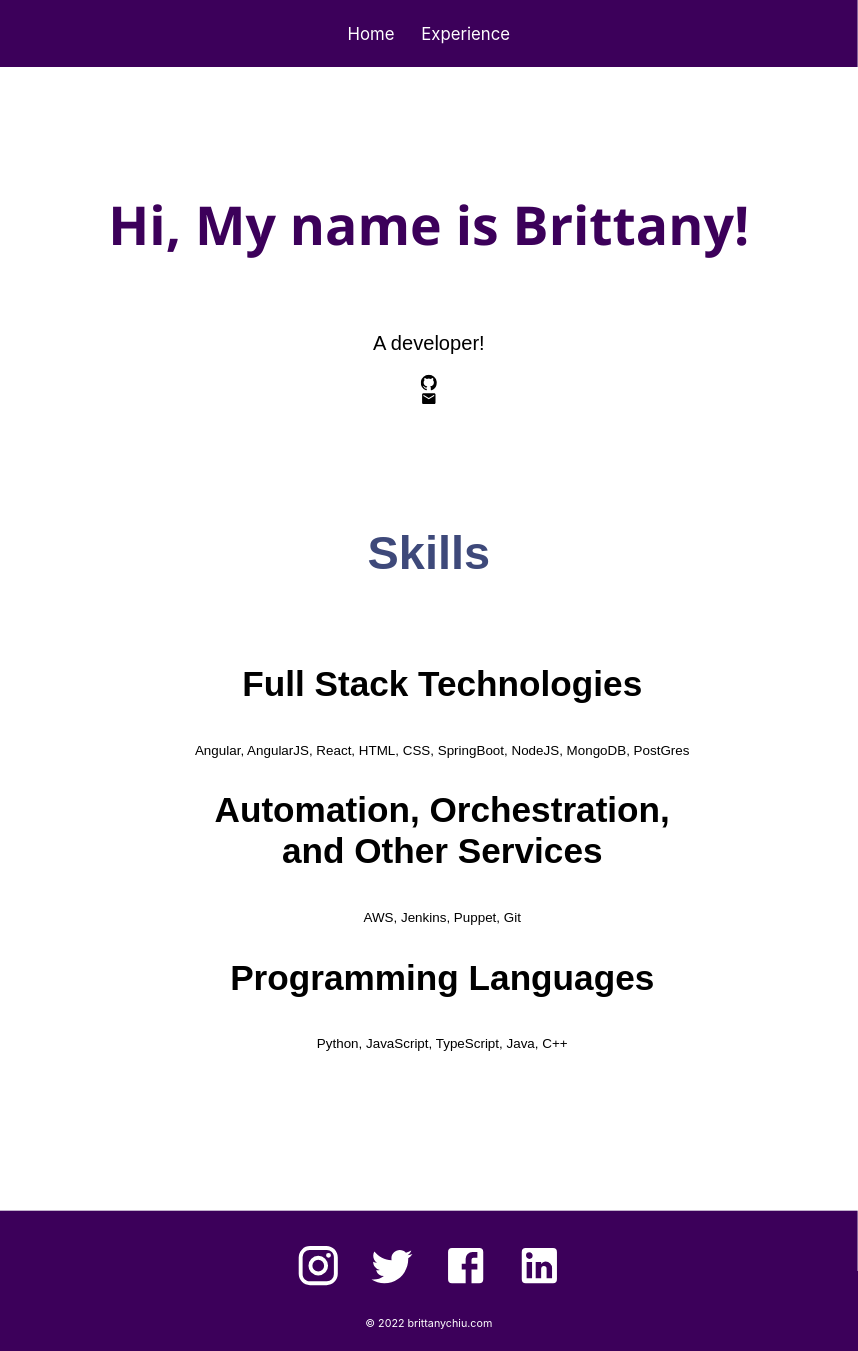
Repository: chiubacca94/chiufolio
Page: /
The author's editor kept a copy of each file at every save. The page is drawn from the files as they stood at one save, then again after the next save.
The browser window is 1280 px wide. The pictures show the whole page, at 67% of full size.
The project was rebuilt for these pictures with package versions that can differ from the ones it lists, and the page was loaded fresh each time. Also part of the build but not shown: src/components/Projects/Projects.js, src/components/Experiences/Experiences.js.

Above is the page before, as saved 2022-07-04 05:35:44.

### src/App.js
import './App.css';
import { BrowserRouter as Router, Routes, Route } from 'react-router-dom';
import Navbar from './components/NavBar/Navbar';
import Home from './components/Home/Home';
import Projects from './components/Projects/Projects';
import Experiences from './components/Experiences/Experiences';
import Footer from './components/Footer/Footer';

function App() {
  return (
    <div className="App">
      <Router>
        <Navbar />
        <Routes>
          <Route path="/" element={ <Home /> }></Route>
          <Route path="/projects" element={ <Projects /> }></Route>
          <Route path="/experiences" element={ <Experiences /> }></Route>
        </Routes>
        <Footer />
      </Router>
    </div>
  );
}

export default App;

### src/App.css
.App {
  text-align: center;
}

body {
  margin: 0px;
  padding: 0px;
}

### src/components/NavBar/Navbar.js
import React, {useEffect, useState} from "react";
import { Link, useLocation } from "react-router-dom";
import ReorderIcon from '@material-ui/icons/Reorder';
import "./Navbar.css"

function Navbar() {
    // NavBr States
    const [ expandNavbar, setExpandNavbar ] = useState(false)
    const location = useLocation();

    // use when location changes and set navbar to false
    useEffect(() => {
        setExpandNavbar(false);
    }, [location])

    return (
        // id will change based on state
        <div className="navbar" id={expandNavbar ? "open" : "close"}>
            <div className="toggleButton">
                <button onClick={() => { setExpandNavbar((prev) => !prev) }}>
                    <ReorderIcon></ReorderIcon>
                </button>
            </div>
            <div className="links">
                <Link to="/"> Home </Link>
                {/* <Link to="/projects"> Projects </Link>  */}
                <Link to="/experiences"> Experience </Link>
            </div>
        </div>
    )
}

export default Navbar;

### src/components/Home/Home.js
import React from 'react'
import GitHubIcon from '@material-ui/icons/GitHub'
import EmailIcon from '@material-ui/icons/Email'

import './Home.css'

export default function Home() {
  return (
    <div className='home'>
        <div className='about'>
            <h2>Hi, My name is Brittany!</h2>
            <div className='prompt'><p> A developer!</p></div>
            <GitHubIcon />
            <EmailIcon />
        </div>vvvv
        <div className='skills'>
            <h1>Skills</h1>
            <ol className='list'>
                <li className='item'>
                    <h2>Full Stack Technologies</h2>
                    <span>Angular, AngularJS, React, HTML, CSS, SpringBoot, NodeJS, MongoDB, PostGres</span>
                </li>
                <li className='item'>
                    <h2>Automation, Orchestration, and Other Services</h2>
                    <span>AWS, Jenkins, Puppet, Git</span>
                </li>
                <li className='item'>
                    <h2>Programming Languages</h2>
                    <span>Python, JavaScript, TypeScript, Java, C++</span>
                </li>
            </ol>
        </div>
    </div>
  )
}

### src/components/Footer/Footer.js
import React from 'react';
import InstagramIcon  from '@material-ui/icons/Instagram';
import TwitterIcon from '@material-ui/icons/Twitter';
import FacebookIcon from '@material-ui/icons/Facebook';
import LinkedInIcon from '@material-ui/icons/LinkedIn';
import './Footer.css'

export default function Footer() {
  return (
    <div className='footer'>
        <div className='socialMedia'>
            <InstagramIcon />
            <TwitterIcon />
            <FacebookIcon />
            <LinkedInIcon />
        </div>
        <p>&copy; 2022 brittanychiu.com</p>
    </div>
  )
}

### src/components/NavBar/Navbar.css
.navbar {
    width: 100%;
    height: 100px;
    background: #3c005a;
  }

  .links {
    width: 100%;
    height: 100%;
    display: flex;
    align-items: center;
    justify-content: center;
    color: white;
  }

  .navbar a {
    color: white;
    text-decoration: none;
    margin: 20px;
    font-size: 25px;
  }

  .toggleButton {
    width: 100%;
    height: 100px;
    display: flex;
    align-items: center;
    justify-content: flex-end;
  }

  .toggleButton svg {
    font-size: 50px;
  }
  .toggleButton button {
    margin-right: 20px;
    background-color: transparent;
    border: none;
    color: white;
    cursor: pointer;
  }

  #open {
    height: 100vh;
  }

  #open .links {
    flex-direction: column;
    justify-content: flex-start;
    margin-top: 100px;
  }

  #open a {
    width: 100%;
    text-align: center;
  }

  @media only screen and (max-width: 900px) {
    .navbar a {
      width: 70px;
    }
  }

  @media only screen and (max-width: 600px) {
    .toggleButton {
      display: flex;
    }
    #close a {
      display: none;
    }
  }

  @media only screen and (min-width: 600px) {
    .toggleButton {
      display: none;
    }

    .hiddenLinks {
      display: none;
    }

    #open {
      height: 100px;
    }

    #open .links {
      flex-direction: row;
    }
  }

### src/components/Home/Home.css
.home {
    width: 100%;
    align-items: center;
    font-family: "Arial", sans-serif;
    /* color: #3e497a; */
    color: white;
  }

  .about {
    width: 100%;
    height: calc(100vh - 100px);
    display: flex;
    flex-direction: column;
    justify-content: center;
    align-items: center;
    text-align: center;
    /* background-color: #21325e; */
    color: black;
  }

  .about h2 {
    font-family: "Segoe UI", Tahoma, Geneva, Verdana, sans-serif;
    font-size: 80px;
    color: #3c005a;
    min-height: 50px;
  }

  .about .prompt {
    padding-top: 10px;
    width: 40%;
    font-size: 30px;
  }
  .prompt svg {
    font-size: 60px;
    margin: 5px;
    color: white;
  }

  .skills {
    font-size: 35px;
    width: 100%;
    display: flex;
    justify-content: center;
    flex-direction: column;
    align-items: center;
  }

  .skills h1 {
    color: #3e497a;
  }

  .skills .list {
    list-style: none;
    width: 60%;
    color: black;
  }

  .list span {
    font-size: 20px;
  }

  @media only screen and (max-width: 905px) {
    .about h2 {
      font-size: 60px;
    }

    .about .prompt {
      margin-top: 10px;
      font-size: 20px;
      width: 80%;
    }

    .skills {
      text-align: center;
    }
    .list {
      padding: 0;
    }

    .skills h2 {
      font-size: 30px;
    }
  }

  @media only screen and (max-width: 600px) {
    .about h2 {
      font-size: 40px;
    }

    .about .prompt {
      margin-top: 10px;
      font-size: 20px;
      width: 80%;
    }

    .skills {
      text-align: center;
    }
    .list {
      padding: 0;
    }

    .skills h2 {
      font-size: 30px;
    }
  }

### src/components/Footer/Footer.css
.footer {
    width: 100%;
    height: 200px;
    background: #3c005a;
    display: flex;
    justify-content: center;
    align-items: center;
    flex-direction: column;
    padding-top: 10px;
    margin-top: 200px;
  }

  .socialMedia svg {
    color: white;
    margin: 20px;
    font-size: 70px;
    cursor: pointer;
  }

  .footer p {
    color: white;
  }

  @media only screen and (max-width: 600px) {
    .footer svg {
      font-size: 50px;
    }
  }

Loaded but not shown: public/index.html (common file); src/index.js (common file); src/index.css (common file); src/reportWebVitals.js (common file)

After the next save:
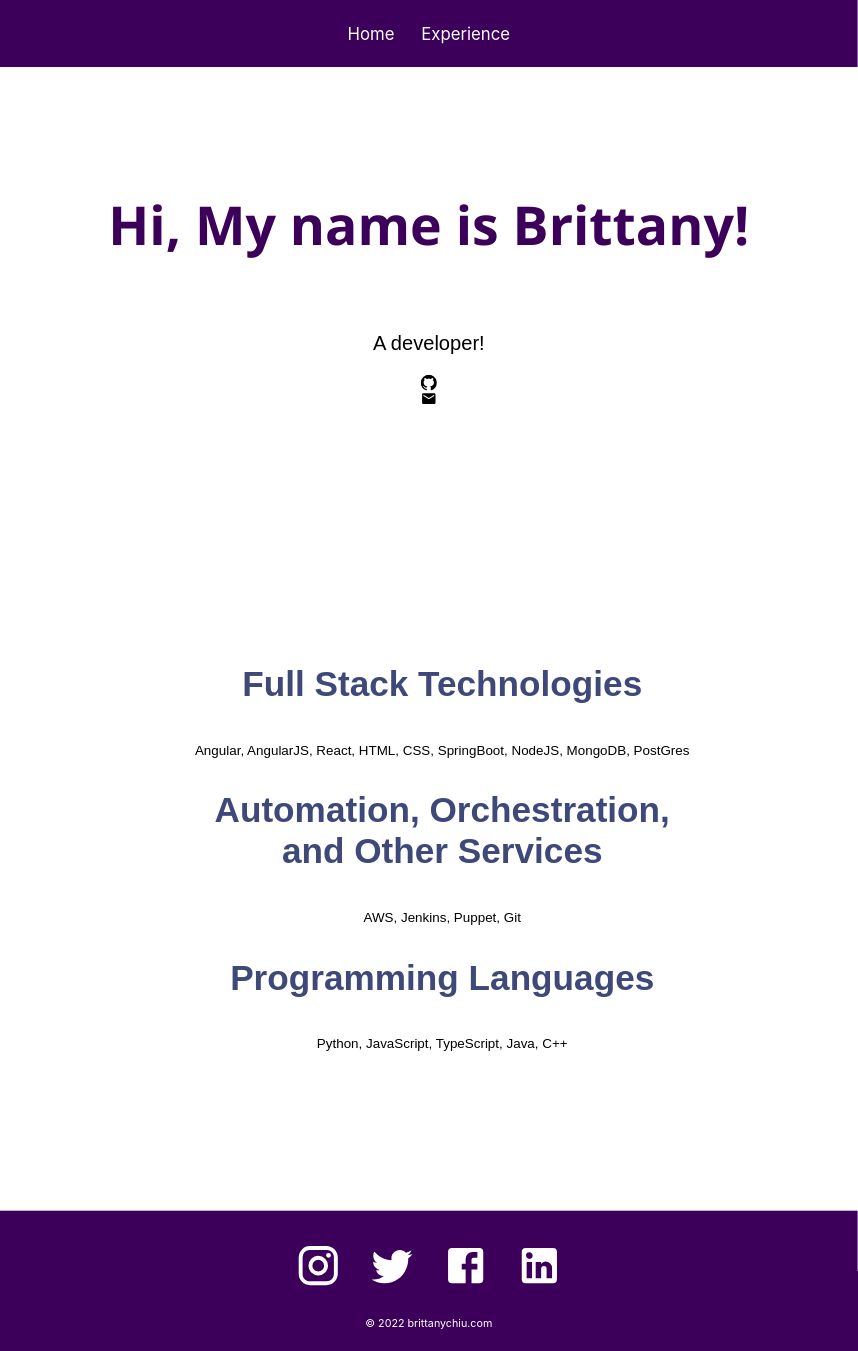
Saved 69 s later.
--- a/src/components/Home/Home.css
+++ b/src/components/Home/Home.css
@@ -45,7 +45,7 @@
     align-items: center;
   }
 
-  .skills h1 {
+  .skills h2 {
     color: #3e497a;
   }
 
